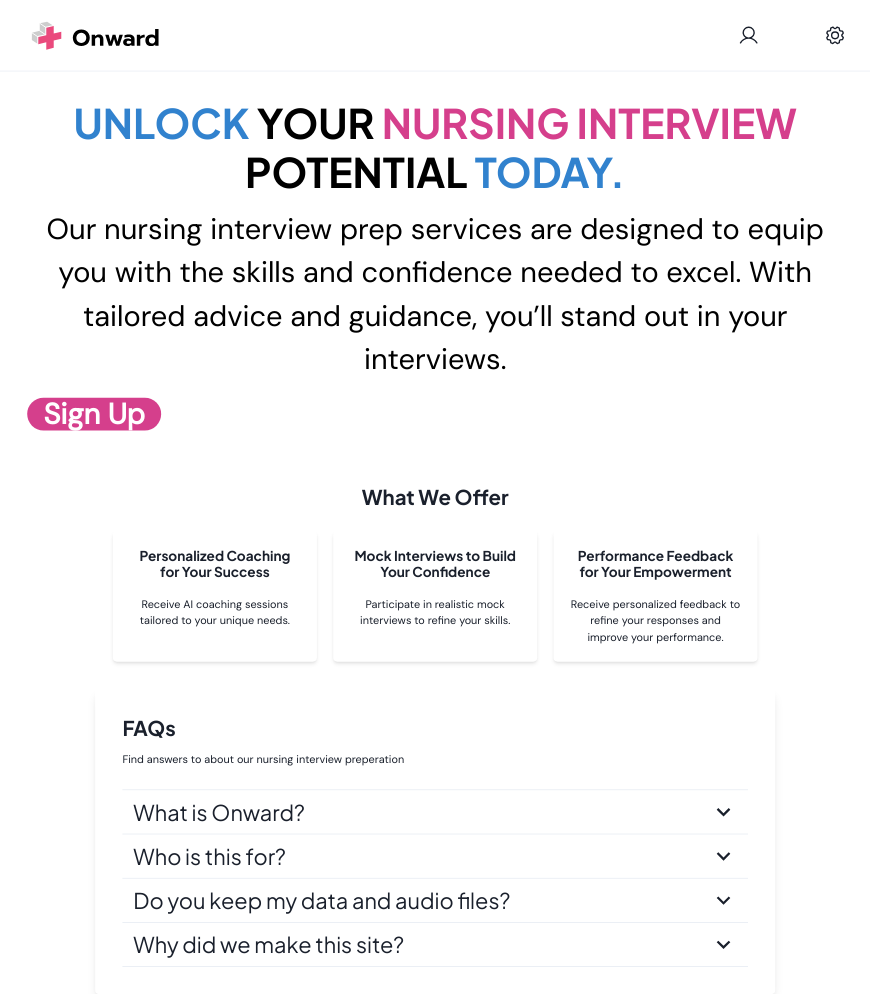
Repository: Aladdin3r/onward
Page: /landing-page
An editor plug-in stored every save of this project. The page is shown before and after the next save, followed by the edit.
The browser window is 1280 px wide. The pictures show the whole page, at 68% of full size.
The project was rebuilt for these pictures with package versions that can differ from the ones it lists, and the page was loaded fresh each time. The framework's server and built-in components were replaced by stand-ins that run in the browser. Also part of the build but not shown: next.config.mjs, styles/components/AppTopNav.js, styles/components/Layout.js.

Above is the page before, as saved 2024-10-29 01:41:06.

After the next save:
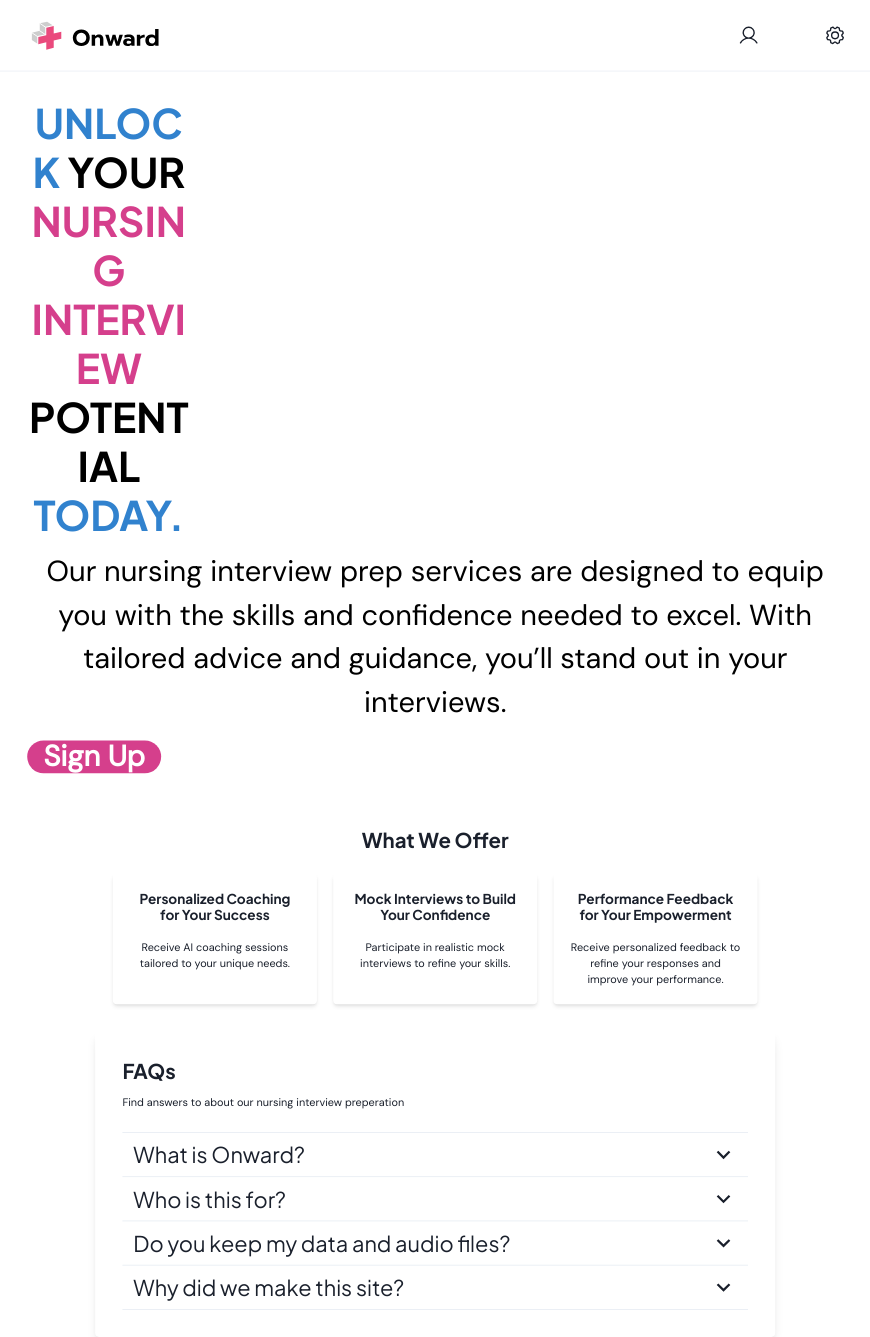
Saved 5 s later.
--- a/pages/landing-page.js
+++ b/pages/landing-page.js
@@ -29,7 +29,7 @@ import {
         {/* Hero Section */}
         <TopNav/>
         <Box  color="black" p={10} textAlign="center">
-          <Heading fontFamily="heading" fontSize="6xl" fontWeight="bold" width="" mb={4}>
+          <Heading fontFamily="heading" fontSize="6xl" fontWeight="bold" width="20%" mb={4}>
             <Text as="span" color="blue.500">UNLOCK </Text>
             <Text as="span" color="black">YOUR </Text>
             <Text as="span" color="pink.500">NURSING INTERVIEW </Text>
